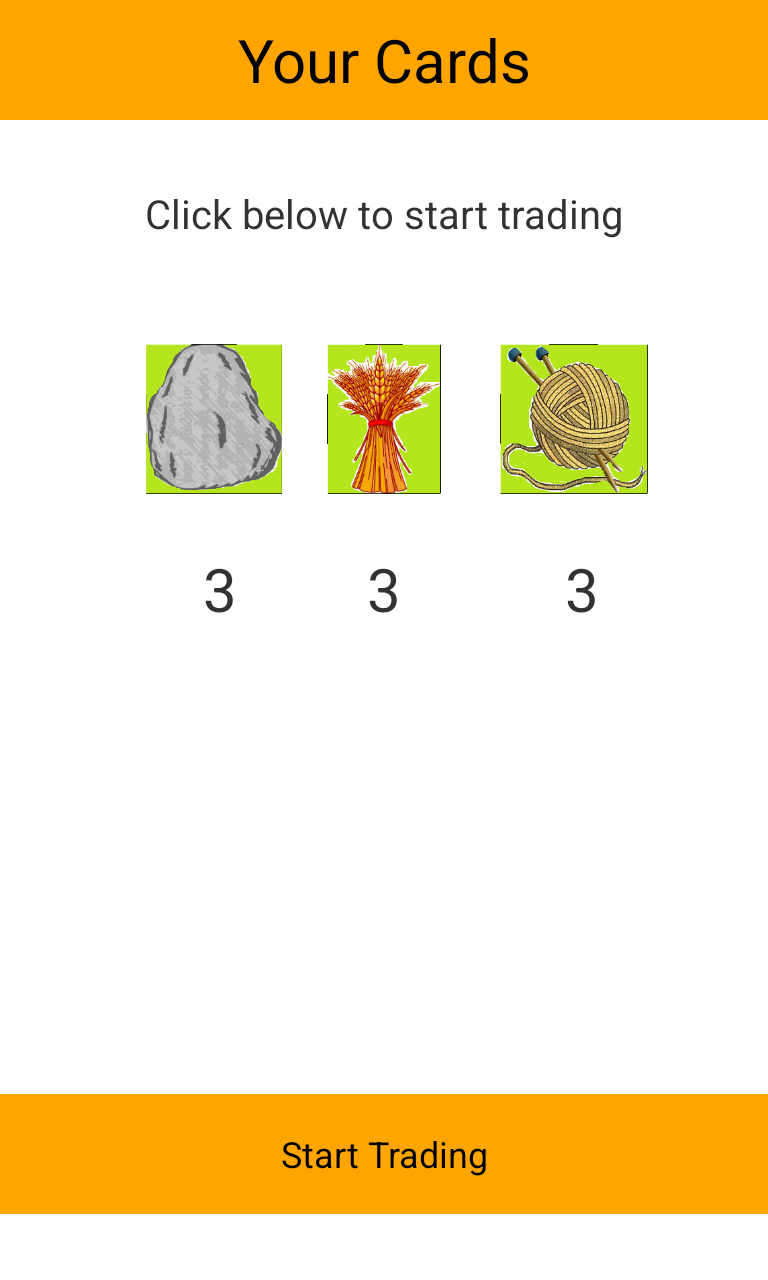
Repository: nidafarooqui/Trading-Game-Version-3
Layout: TaikunServer/res/layout/activity_propose_screen.xml
An editor plug-in stored every save of this project. The layout is shown before and after the next save, followed by the edit.
It is drawn on a 768 x 1280 px phone screen (xhdpi) without system bars, with theme AppTheme; the app's code is not run.

Above is the layout before, as saved 2014-08-14 02:20:26.

After the next save:
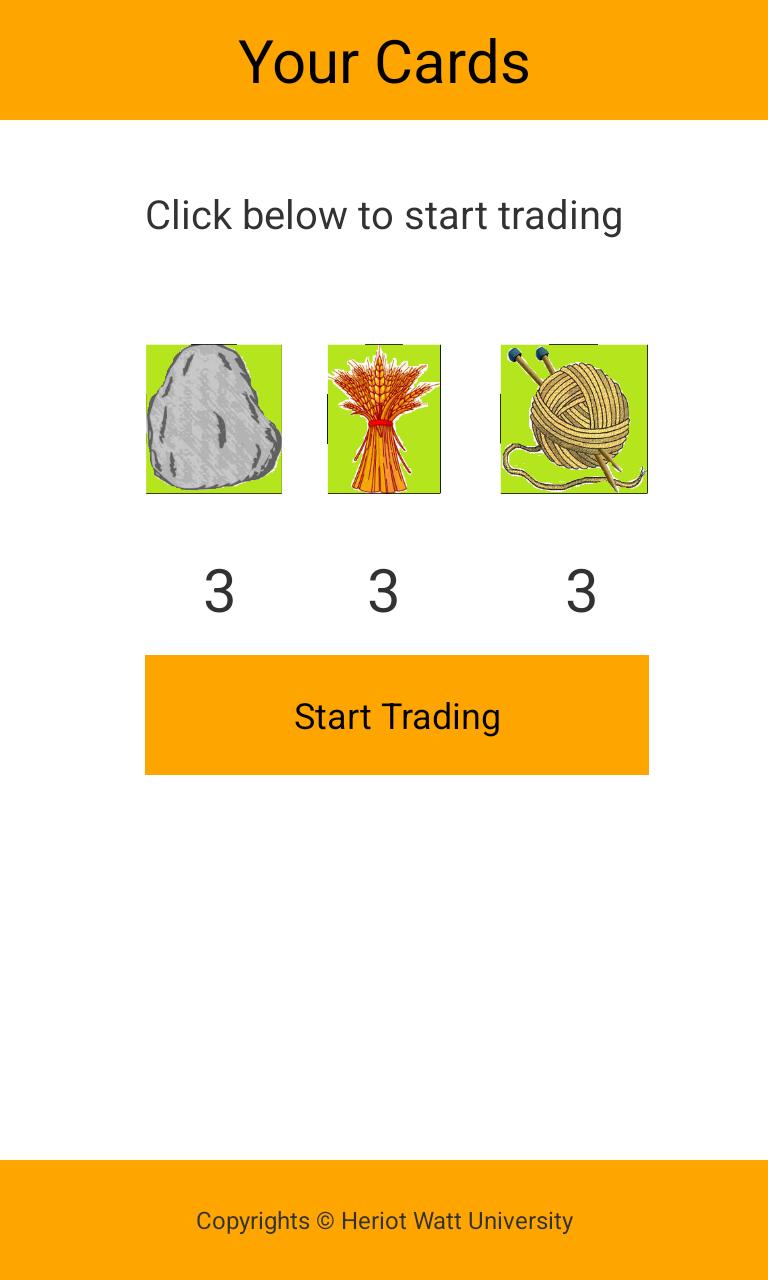
Saved 52 s later.
--- a/TaikunServer/res/layout/activity_propose_screen.xml
+++ b/TaikunServer/res/layout/activity_propose_screen.xml
@@ -77,16 +77,6 @@
         android:layout_toLeftOf="@+id/wheatImage"
         android:src="@drawable/rockcard" />
 
-    <Button
-        android:id="@+id/buttonStartTrade"
-        android:layout_width="match_parent"
-        android:layout_height="60dp"
-        android:layout_alignParentBottom="true"
-        android:layout_alignParentLeft="true"
-        android:layout_marginBottom="33dp"
-        android:background="@color/orange"
-        android:text="Start Trading" />
-
     <TextView
         android:id="@+id/textViewTurn"
         android:layout_width="fill_parent"
@@ -100,4 +90,26 @@
         android:textAppearance="?android:attr/textAppearanceLarge"
         android:textSize="30sp" />
 
+    <Button
+        android:id="@+id/buttonStartTrade"
+        android:layout_width="match_parent"
+        android:layout_height="60dp"
+        android:layout_alignLeft="@+id/textView1"
+        android:layout_alignRight="@+id/woolImage"
+        android:layout_below="@+id/rocksGoalState"
+        android:layout_marginTop="13dp"
+        android:background="@color/orange"
+        android:text="Start Trading" />
+
+    <TextView
+        android:id="@+id/TextView01"
+        android:layout_width="match_parent"
+        android:layout_height="60dp"
+        android:layout_alignParentBottom="true"
+        android:layout_alignParentLeft="true"
+        android:background="@color/orange"
+        android:gravity="center_horizontal|center_vertical"
+        android:text="Copyrights © Heriot Watt University"
+        android:textSize="12sp" />
+
 </RelativeLayout>
